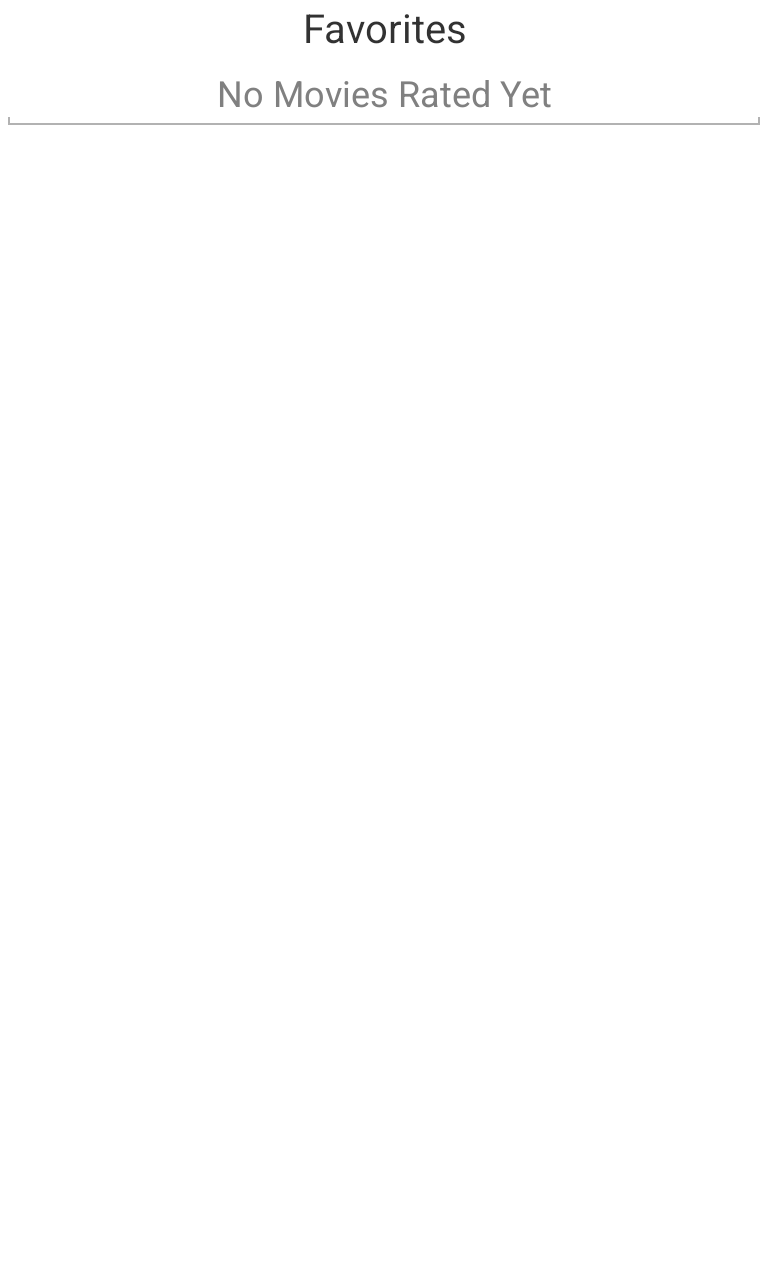
Repository: efreestone/Java2_Freestone
Layout: Java2Project4/res/layout/info_dialog_fragment.xml
These files come from the project's save history. The layout is drawn as it stood at one moment and after the next save; the edit follows.
It is drawn on a 768 x 1280 px phone screen (xhdpi) without system bars, with theme AppTheme; the app's code is not run.

Above is the layout before, as saved 2014-05-30 00:30:31.

After the next save:
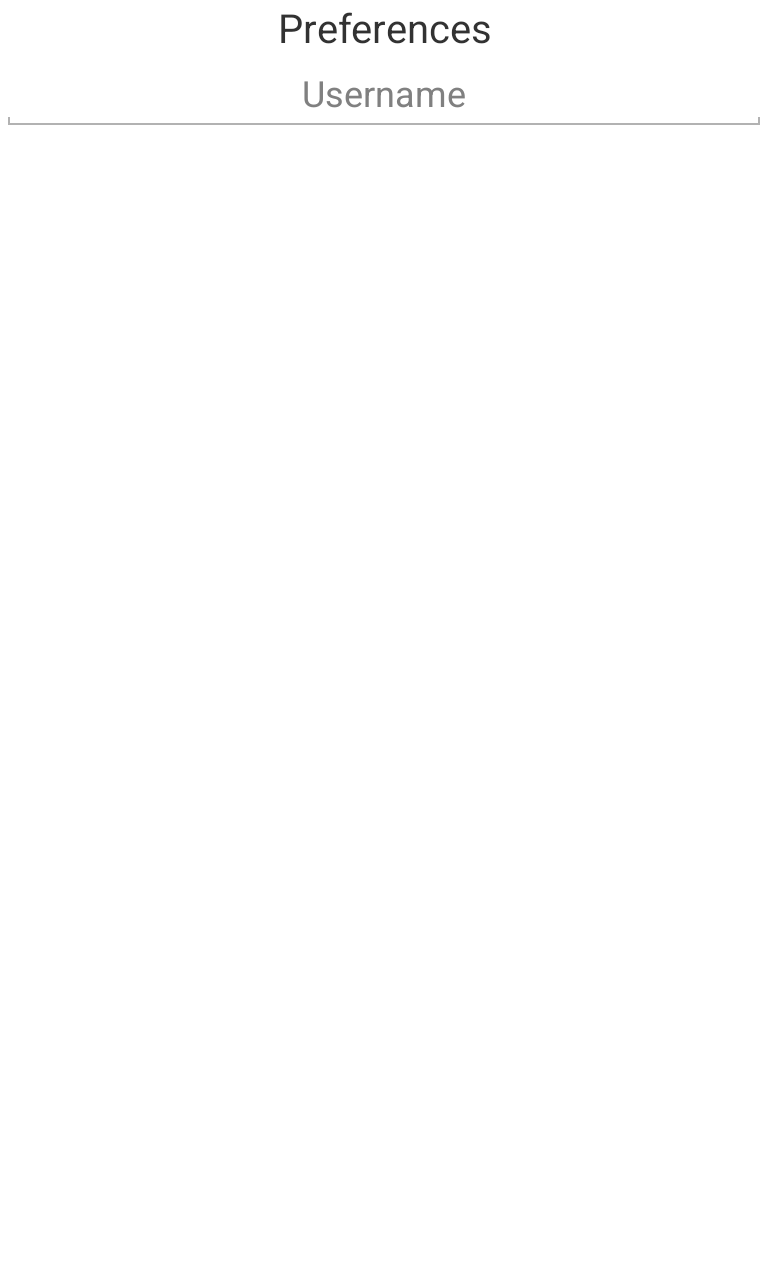
Saved 40 s later.
--- a/Java2Project4/res/layout/info_dialog_fragment.xml
+++ b/Java2Project4/res/layout/info_dialog_fragment.xml
@@ -10,14 +10,14 @@
         android:layout_height="wrap_content"
         android:gravity="center_horizontal"
         android:textSize="20sp"
-        android:text="@string/favoritesTitle" />
+        android:text="@string/preferencesTitle" />
 
     <EditText
         android:id="@+id/userName"
         android:layout_width="match_parent"
         android:layout_height="wrap_content"
         android:gravity="center_horizontal"
-        android:hint="@string/noRatingString" />
+        android:hint="@string/usernameHint" />
 
 
 </LinearLayout>
